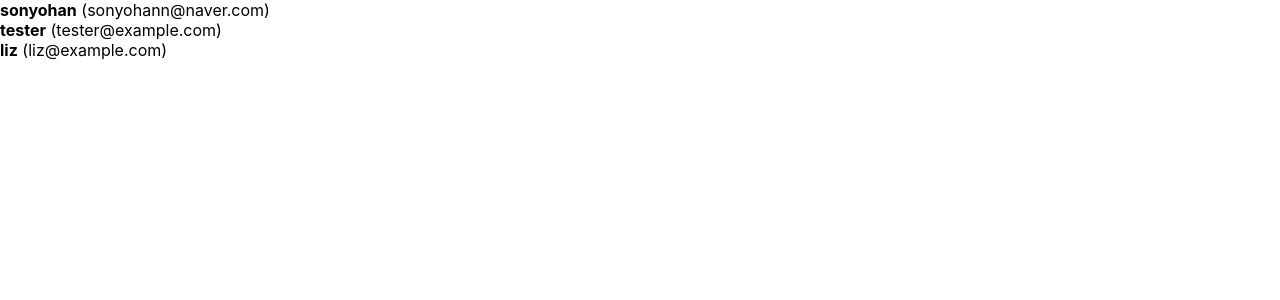
Repository: sonyohann/begin-react
Page: /
The author's editor kept a copy of each file at every save. The page is drawn from the files as they stood at one save, then again after the next save.
The browser window is 1280 px wide. The pictures show the whole page.
The project was rebuilt for these pictures with package versions that can differ from the ones it lists, and the page was loaded fresh each time. Also part of the build but not shown: src/InputSample.js.

Above is the page before, as saved 2021-11-25 16:08:56.

After the next save:
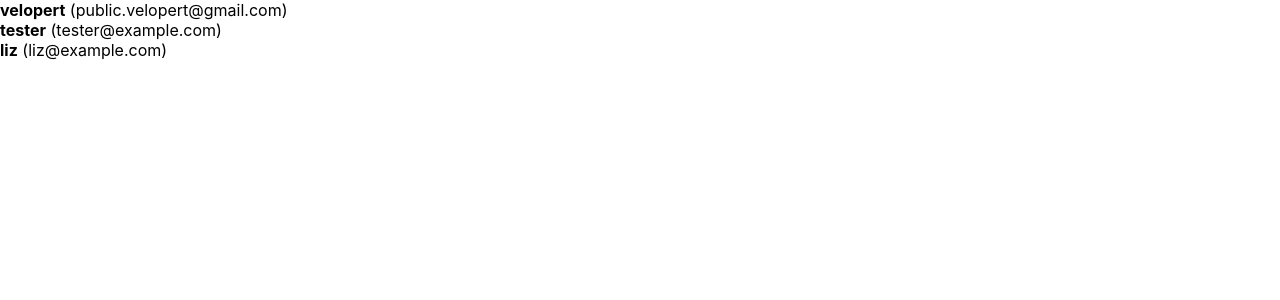
Saved 100 s later.
--- a/src/UserList.js
+++ b/src/UserList.js
@@ -12,8 +12,8 @@ function UserList() {
   const users = [
     {
       id: 1,
-      username: "sonyohan",
-      email: "sonyohann@naver.com",
+      username: "velopert",
+      email: "public.velopert@gmail.com",
     },
     {
       id: 2,
